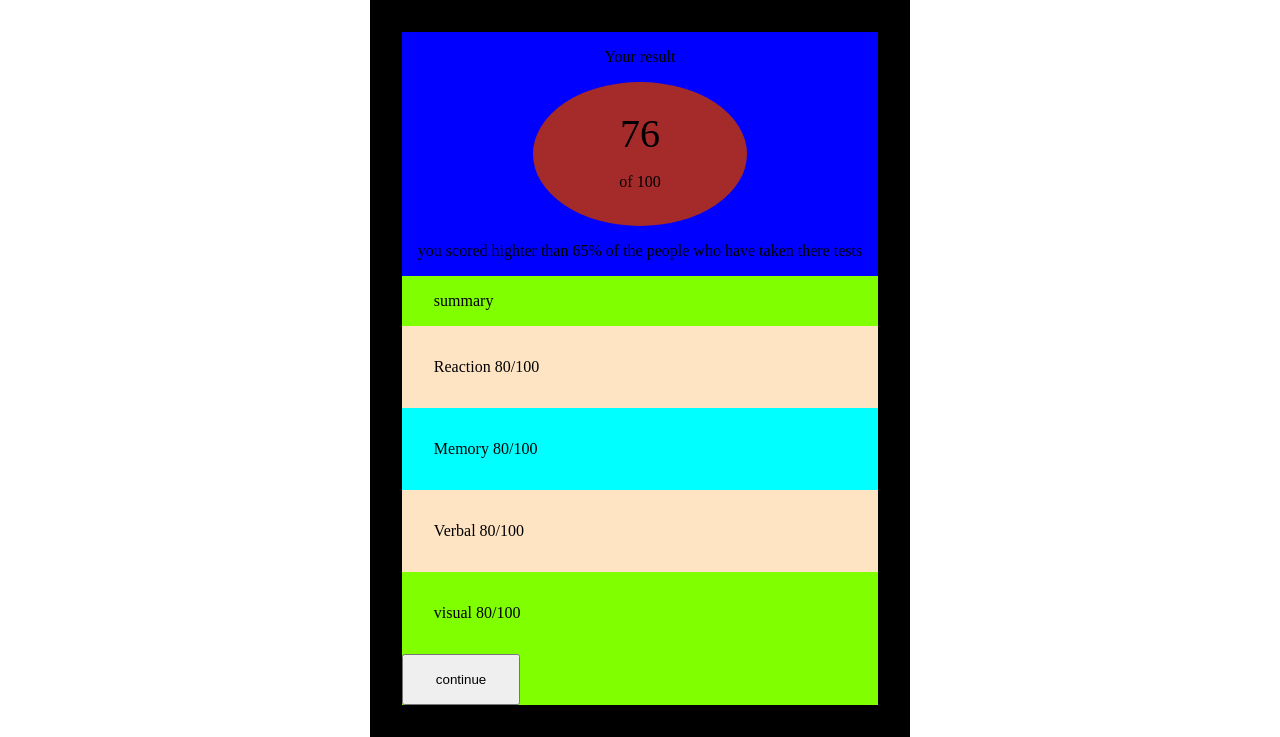
Repository: rahanwz/Card2-raha
Page: card2.html
The author's editor kept a copy of each file at every save. The page is drawn from the files as they stood at one save, then again after a run of saves.
The browser window is 1280 px wide. The pictures show the whole page.

Above is the page before, as saved 2024-02-19 23:46:51.

### card2.html
<!DOCTYPE html>
<html lang="en">
  <head>
    <meta charset="UTF-8" />
    <meta name="viewport" content="width=device-width, initial-scale=1.0" />
    <title>Document</title>
    <link rel="stylesheet" href="card2.css" />
  </head>
  <body>
    <div class="container">
      <div class="card_container">
        <div class="top_card">
          <p>Your result</p>
          <div class="present">
           <p>76</p><p>of 100</p>
          </div>
          <p class="describ">
            you scored highter than 65% of the people who have taken there tests
          </p>
        </div>
        <div class="bottom_card">
          <p>summary</p>
          <div class="box box1">Reaction 80/100</div>
          <div class="box box2">Memory 80/100</div>
          <div class="box box3">Verbal 80/100</div>
          <div class="box box4">visual 80/100</div>
          <div class="box5"><button>continue</button></div>
        </div>
      </div>
    </div>
  </body>
</html>

### card2.css
* {
  padding: 0;
  margin: 0;
  box-sizing: border-box;
}
body {
  display: flex;
  justify-content: center;
}
.container {
  background-color: black;
  padding: 2rem;
}
.card_container {
  background-color: aquamarine;
}
.card_container {
  text-align: center;
}

.top_card :first-child {
  padding: 1rem;
}
.present :first-child {
  font-size: 2.5rem;
  padding-top: 1.75rem;
}

.present {
  background-color: #f57d1f;
  height: 20vh;
  width: 45%;
  border-radius: 100%;
  background-color: brown;
  margin: auto;
}

.describ {
  padding: 1rem;
}

.top_card {
  background-color: blue;
}

.bottom_card :first-child {
  padding: 1rem 2rem;
  display: flex;
}

.bottom_card {
  background-color: chartreuse;
  height: 100%;
}

.bottom_card .box{
display: flex;
padding: 2rem;
}

.box1{
background-color: bisque;

}

.box2{

    background-color: cyan;
}

.box3{
background-color: bisque;

}

.box4{


}

After the next 2 saves:
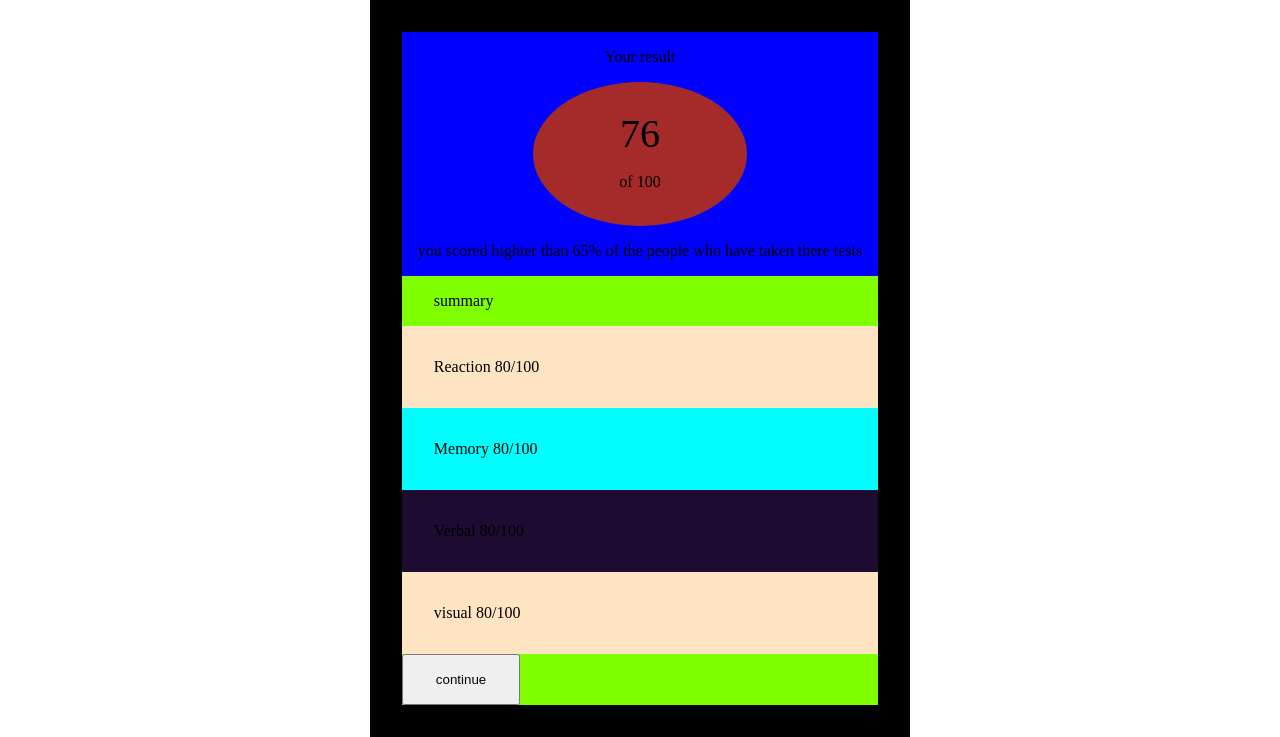
The 2 saves are shown as one change because they came seconds apart.
The last was saved 7 s later.
--- a/card2.css
+++ b/card2.css
@@ -69,11 +69,11 @@ background-color: bisque;
 }
 
 .box3{
-background-color: bisque;
+background-color: rgb(30, 11, 50);
 
 }
 
 .box4{
 
-
+  background-color: bisque;
 }
